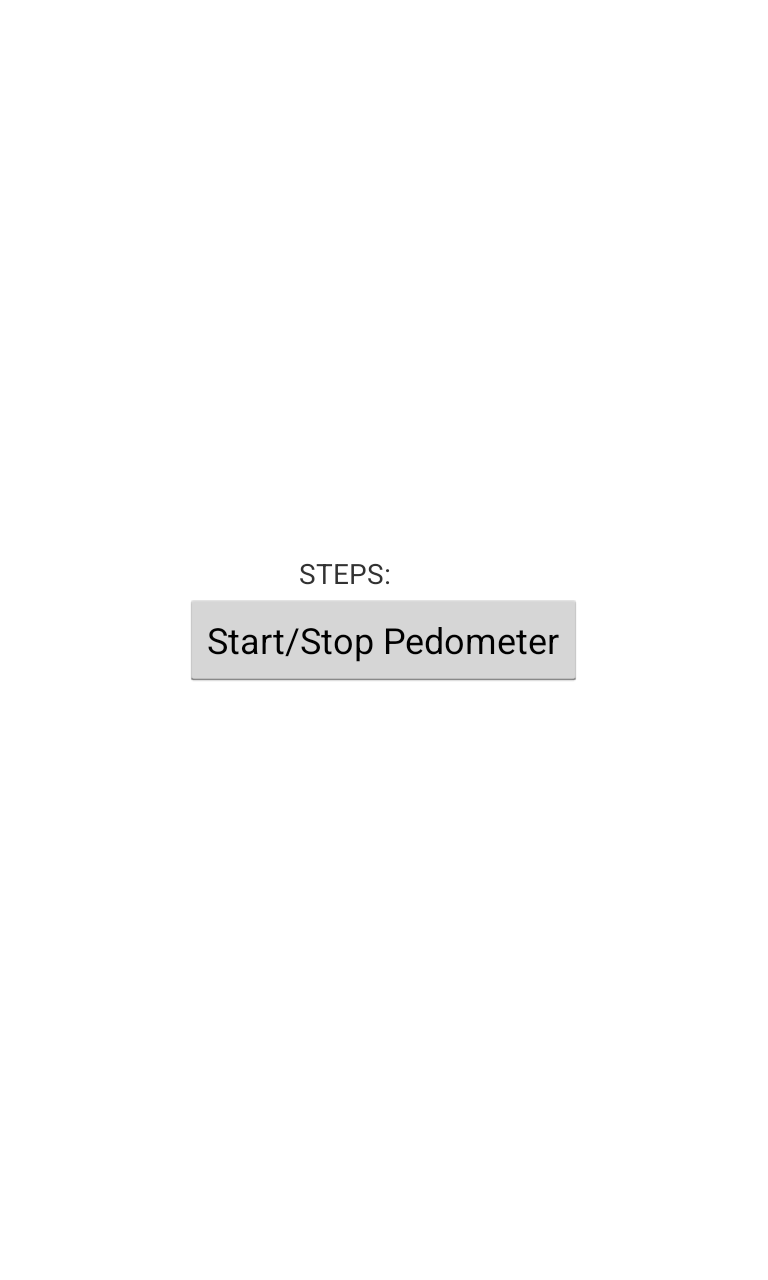
Repository: harrisonyu/Android-Pedometer
Layout: mp1/res/layout/activity_main.xml
These files come from the project's save history. The layout is drawn as it stood at one moment and after the next save; the edit follows.
It is drawn on a 768 x 1280 px phone screen (xhdpi) without system bars, with theme AppTheme; the app's code is not run.

Above is the layout before, as saved 2013-10-19 02:15:56.

After the next save:
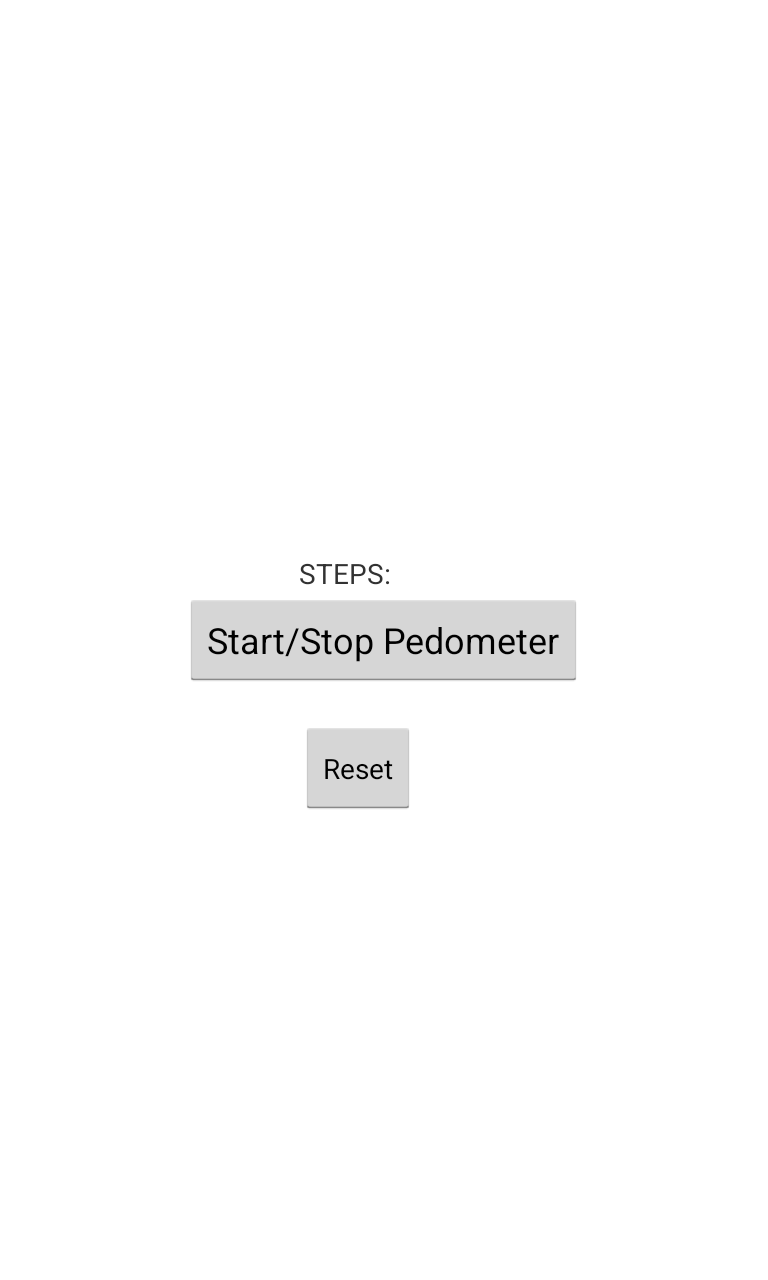
Saved 36 s later.
--- a/mp1/res/layout/activity_main.xml
+++ b/mp1/res/layout/activity_main.xml
@@ -25,4 +25,14 @@
         android:layout_marginLeft="58dp"
         android:text="@string/steps" />
 
+    <Button
+        android:id="@+id/button2"
+        style="?android:attr/buttonStyleSmall"
+        android:layout_width="wrap_content"
+        android:layout_height="wrap_content"
+        android:layout_alignLeft="@+id/num_steps"
+        android:layout_below="@+id/button1"
+        android:layout_marginTop="16dp"
+        android:text="Reset" />
+
 </RelativeLayout>
